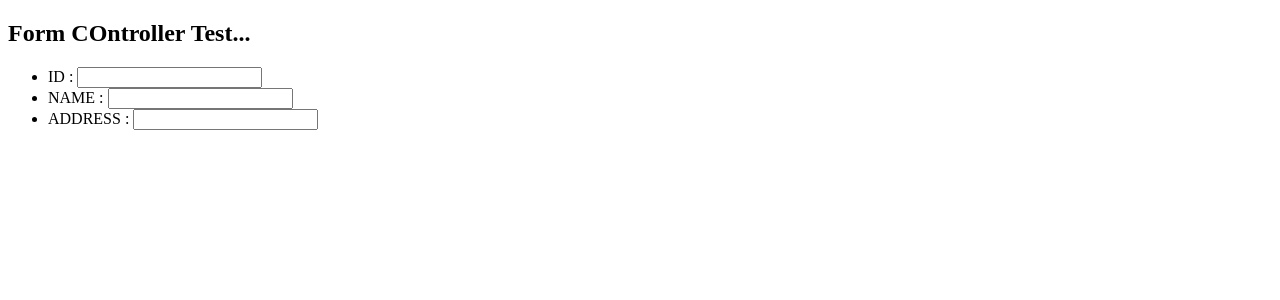
Repository: Niftrone/Framework
Page: work07_boot/boot03_Form/src/main/webapp/Form.html
These files come from the project's save history. The page is drawn as it stood at one moment and after a run of saves; the edit follows.
The browser window is 1280 px wide. The pictures show the whole page.

Above is the page before, as saved 2025-07-14 00:47:10.

After the next 4 saves:
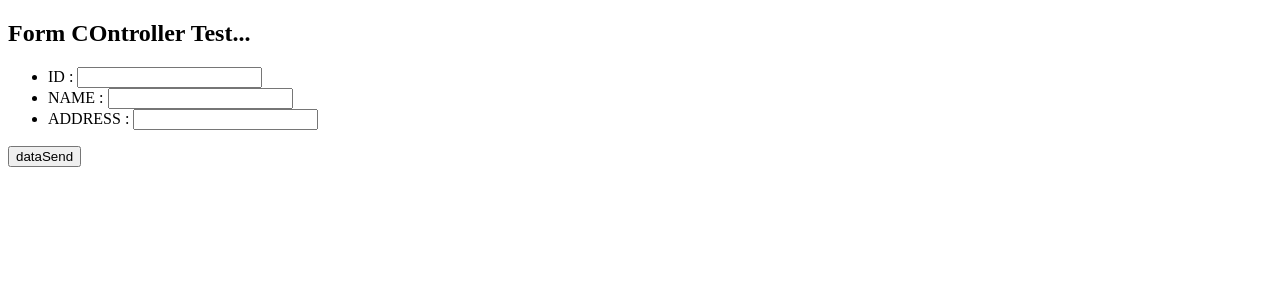
The 4 saves are shown as one change because they came seconds apart.
The last was saved 44 s later.
--- a/work07_boot/boot03_Form/src/main/webapp/Form.html
+++ b/work07_boot/boot03_Form/src/main/webapp/Form.html
@@ -12,6 +12,7 @@
 	<li>NAME : <input type="text" name="userName"/></li>
 	<li>ADDRESS : <input type="text" name="userAddr"/></li>
 </ul>
+<input type="submit" value="dataSend"/>
 </form>
 </body>
 </html>
